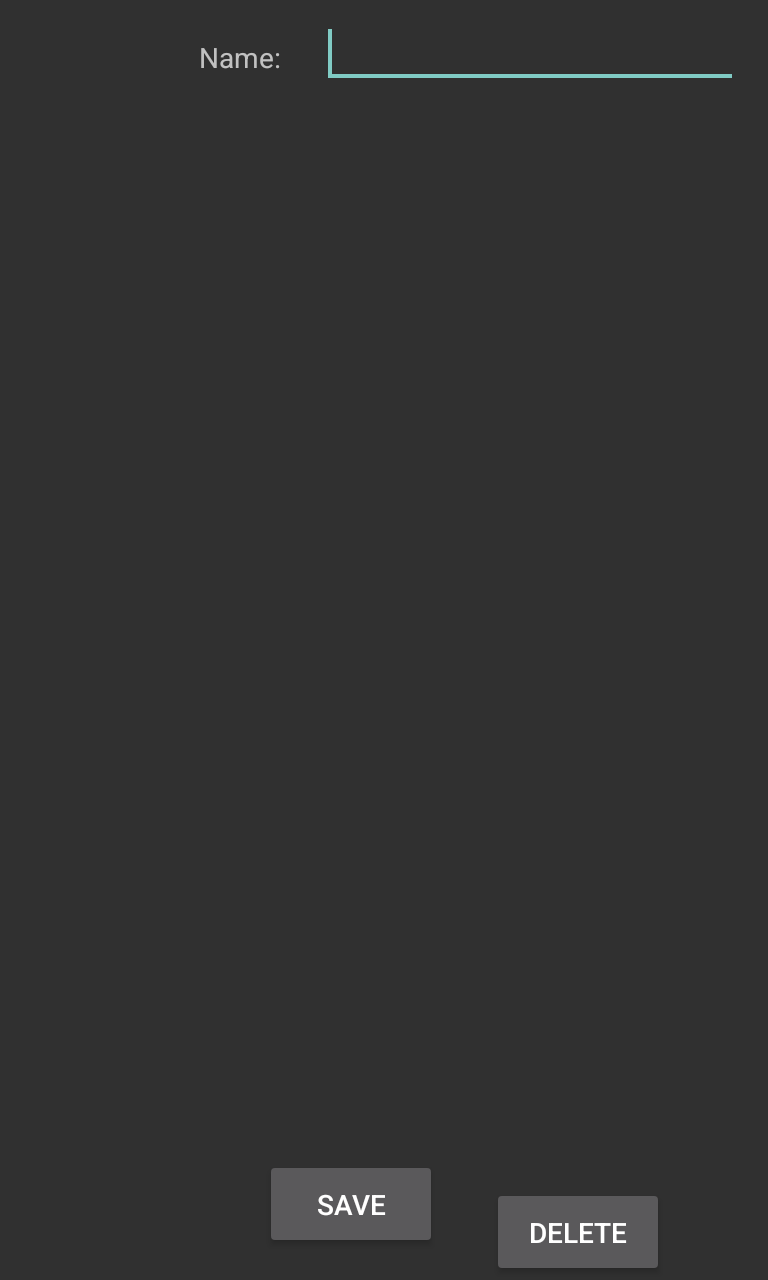
Repository: qfornaguera/AppQuelogy
Layout: AppQueology/res/layout/activity_artifact.xml
An editor plug-in stored every save of this project. The layout is shown before and after the next save, followed by the edit.
It is drawn on a 768 x 1280 px phone screen (xhdpi) without system bars, with theme Theme.AppCompat; the app's code is not run.

Above is the layout before, as saved 2014-04-06 17:59:39.

### AppQueology/res/layout/activity_artifact.xml
<RelativeLayout xmlns:android="http://schemas.android.com/apk/res/android"
    xmlns:tools="http://schemas.android.com/tools"
    android:id="@+id/container"
    android:layout_width="match_parent"
    android:layout_height="match_parent"
    tools:context="com.example.appqueology.ArtifactActivity"
    tools:ignore="MergeRootFrame" >

	<TextView
        android:id="@+id/textView1"
        android:layout_width="wrap_content"
        android:layout_height="wrap_content"
        android:layout_alignParentTop="true"
        android:layout_marginRight="16dp"
        android:layout_marginTop="19dp"
        android:layout_toLeftOf="@+id/editText1"
        android:text="Name: " />

    <EditText
        android:id="@+id/editText1"
        android:layout_width="wrap_content"
        android:layout_height="wrap_content"
        android:layout_alignBaseline="@+id/textView1"
        android:layout_alignBottom="@+id/textView1"
        android:layout_alignParentRight="true"
        android:layout_marginRight="14dp"
        android:ems="10" >

        <requestFocus />
    </EditText>

    <Button
        android:id="@+id/save"
        android:layout_width="wrap_content"
        android:layout_height="wrap_content"
        android:layout_alignLeft="@+id/textView1"
        android:layout_alignParentBottom="true"
        android:layout_marginBottom="14dp"
        android:layout_marginLeft="32dp"
        android:text="Save" />

    <Button
        android:id="@+id/delete"
        android:layout_width="wrap_content"
        android:layout_height="wrap_content"
        android:layout_alignParentBottom="true"
        android:layout_alignRight="@+id/editText1"
        android:layout_marginRight="37dp"
        android:text="Delete" />


</RelativeLayout>

After the next save:
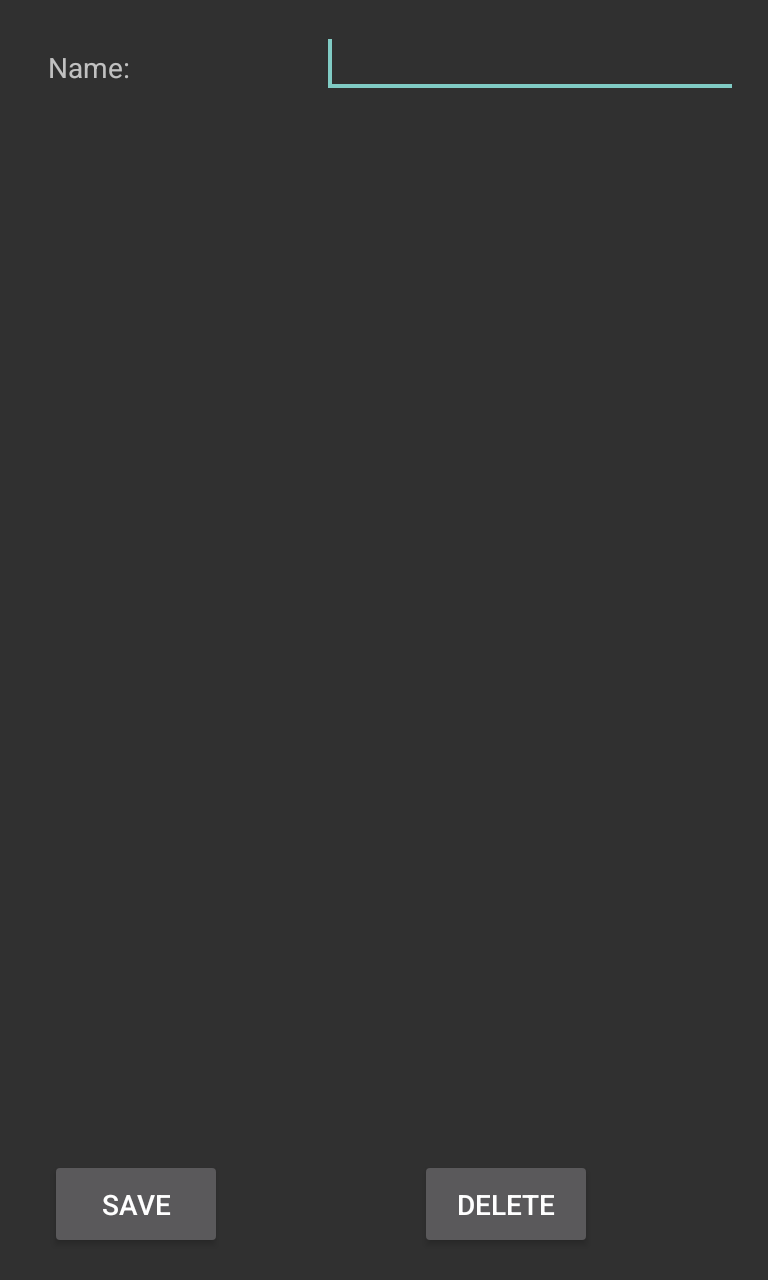
Saved 69 s later.
--- a/AppQueology/res/layout/activity_artifact.xml
+++ b/AppQueology/res/layout/activity_artifact.xml
@@ -5,16 +5,6 @@
     android:layout_height="match_parent"
     tools:context="com.example.appqueology.ArtifactActivity"
     tools:ignore="MergeRootFrame" >
-
-	<TextView
-        android:id="@+id/textView1"
-        android:layout_width="wrap_content"
-        android:layout_height="wrap_content"
-        android:layout_alignParentTop="true"
-        android:layout_marginRight="16dp"
-        android:layout_marginTop="19dp"
-        android:layout_toLeftOf="@+id/editText1"
-        android:text="Name: " />
 
     <EditText
         android:id="@+id/editText1"
@@ -29,6 +19,16 @@
         <requestFocus />
     </EditText>
 
+    <TextView
+        android:id="@+id/textView1"
+        android:layout_width="wrap_content"
+        android:layout_height="wrap_content"
+        android:layout_alignParentLeft="true"
+        android:layout_alignParentTop="true"
+        android:layout_marginLeft="24dp"
+        android:layout_marginTop="24dp"
+        android:text="Name: " />
+
     <Button
         android:id="@+id/save"
         android:layout_width="wrap_content"
@@ -36,17 +36,16 @@
         android:layout_alignLeft="@+id/textView1"
         android:layout_alignParentBottom="true"
         android:layout_marginBottom="14dp"
-        android:layout_marginLeft="32dp"
         android:text="Save" />
 
     <Button
         android:id="@+id/delete"
         android:layout_width="wrap_content"
         android:layout_height="wrap_content"
-        android:layout_alignParentBottom="true"
-        android:layout_alignRight="@+id/editText1"
-        android:layout_marginRight="37dp"
+        android:layout_alignBaseline="@+id/save"
+        android:layout_alignBottom="@+id/save"
+        android:layout_alignLeft="@+id/editText1"
+        android:layout_marginLeft="49dp"
         android:text="Delete" />
 
-
 </RelativeLayout>
